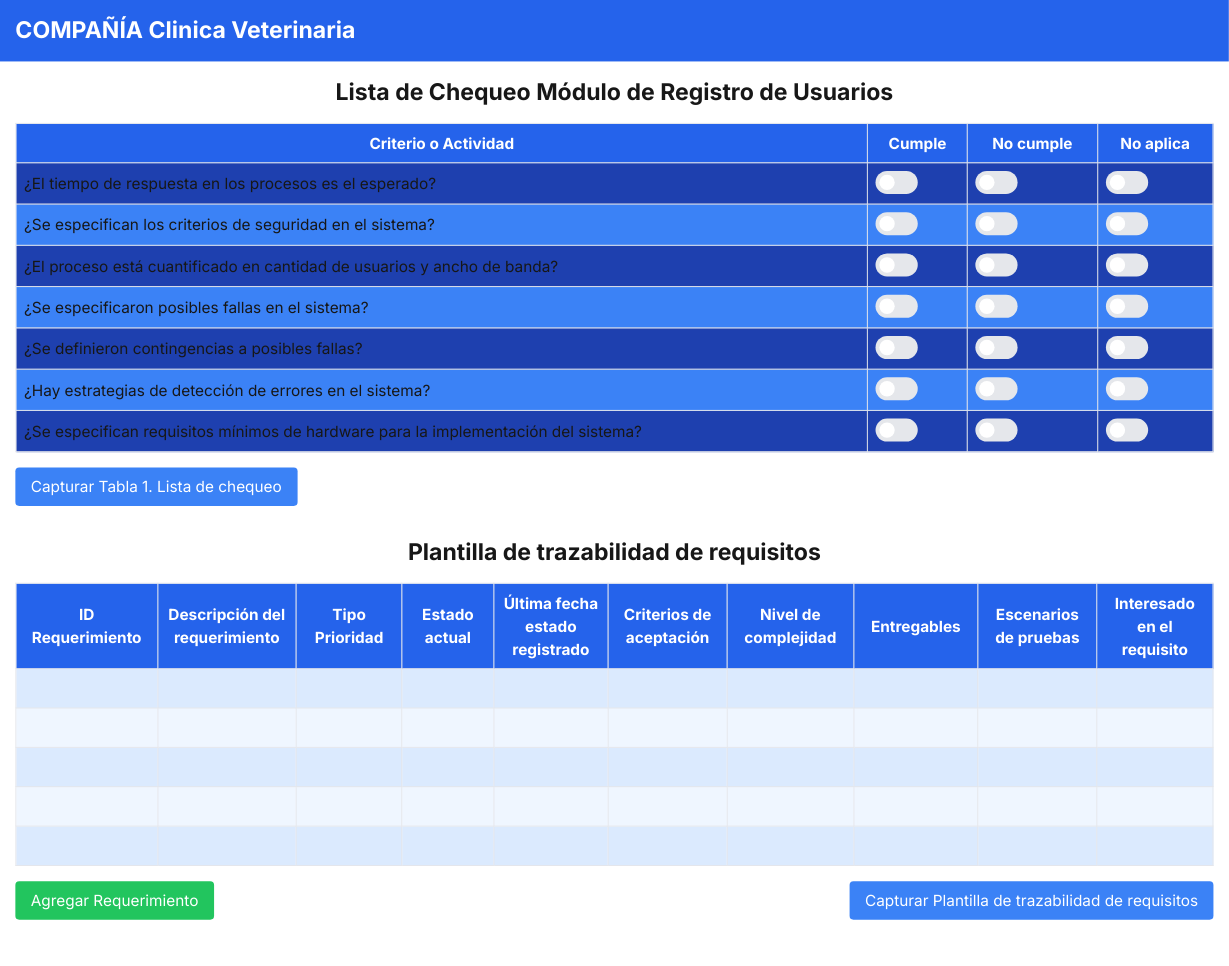
Repository: CiroAlfa/lista-de-Chequeo
Page: /
These files come from the project's save history. The page is drawn as it stood at one moment and after the next save; the edit follows.
The browser window is 1280 px wide. The pictures show the whole page, at 96% of full size.
The project was rebuilt for these pictures with package versions that can differ from the ones it lists, and the page was loaded fresh each time. The framework's server and built-in components were replaced by stand-ins that run in the browser. Also part of the build but not shown: next.config.mjs.

Above is the page before, as saved 2024-09-27 13:12:34.

After the next save:
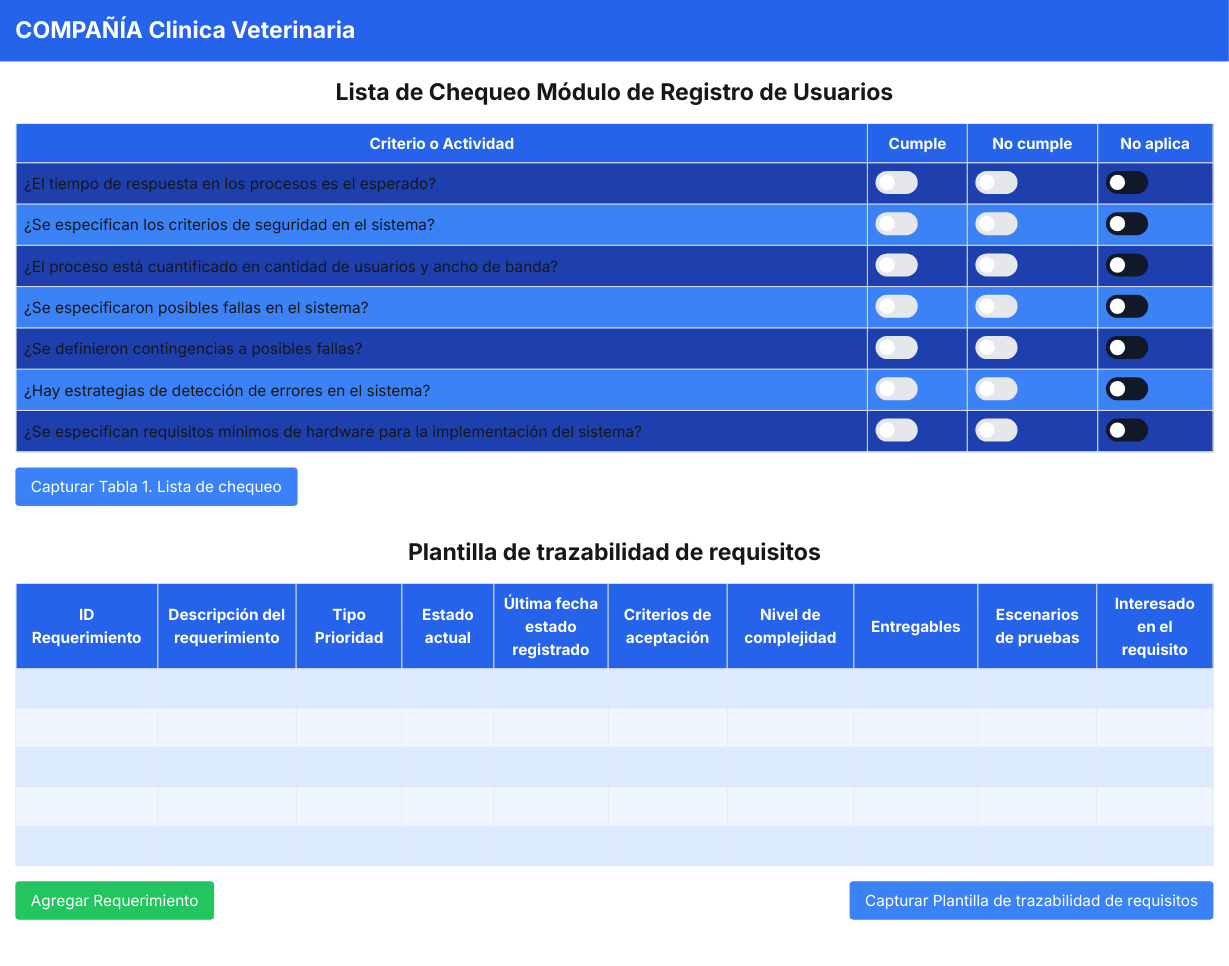
Saved 23 s later.
--- a/src/app/page.tsx
+++ b/src/app/page.tsx
@@ -140,7 +140,7 @@
                   <Switch
                     checked={item.noAplica}
                     onChange={() => handleChecklistChange(item.id, 'noAplica')}
-                    className={`${item.noAplica ? 'bg-blue-800' : 'bg-gray-200'} relative inline-flex h-6 w-11 items-center rounded-full`}
+                    className={`${item.noAplica ? 'bg-blue-600' : 'bg-gray-900'} relative inline-flex h-6 w-11 items-center rounded-full`}
                   >
                     <span className={`${item.noAplica ? 'translate-x-6' : 'translate-x-1'} inline-block h-4 w-4 transform rounded-full bg-white transition`} />
                   </Switch>

After the save that followed:
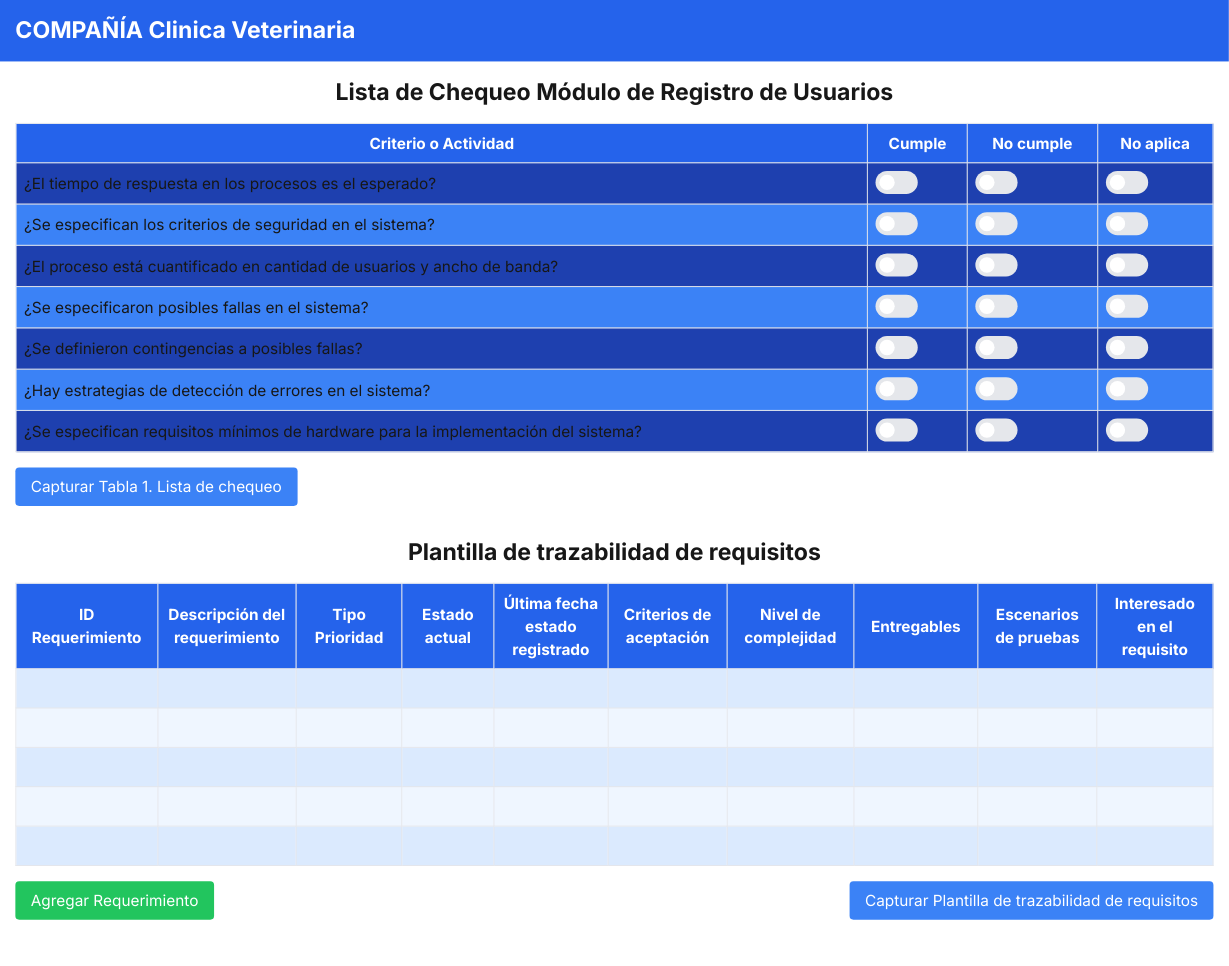
Saved 17 s later.
--- a/src/app/page.tsx
+++ b/src/app/page.tsx
@@ -140,7 +140,7 @@
                   <Switch
                     checked={item.noAplica}
                     onChange={() => handleChecklistChange(item.id, 'noAplica')}
-                    className={`${item.noAplica ? 'bg-blue-600' : 'bg-gray-900'} relative inline-flex h-6 w-11 items-center rounded-full`}
+                    className={`${item.noAplica ? 'bg-blue-600' : 'bg-gray-200'} relative inline-flex h-6 w-11 items-center rounded-full`}
                   >
                     <span className={`${item.noAplica ? 'translate-x-6' : 'translate-x-1'} inline-block h-4 w-4 transform rounded-full bg-white transition`} />
                   </Switch>
